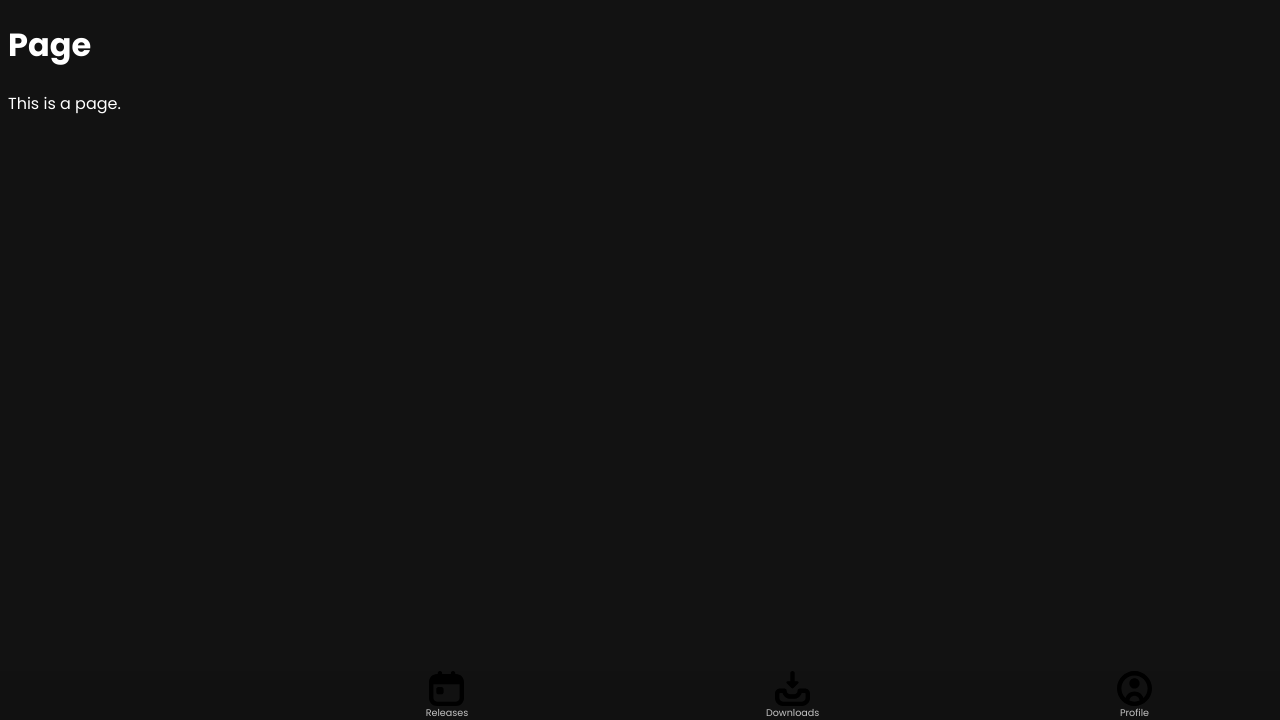
Repository: NubbDev/anime-frontend
Page: /
An editor plug-in stored every save of this project. The page is shown before and after the next save, followed by the edit.
The browser window is 1280 px wide. The pictures show the whole page.
Pictures or frames that could not be fetched are drawn as grey boxes. The project was rebuilt for these pictures with package versions that can differ from the ones it lists, and the page was loaded fresh each time. The framework's server and built-in components were replaced by stand-ins that run in the browser. Also part of the build but not shown: svelte.config.js, vite.config.js.

Above is the page before, as saved 2024-08-08 02:01:25.
Console error: TypeError: import_house_blank_filled.default is not a constructor

After the next save:
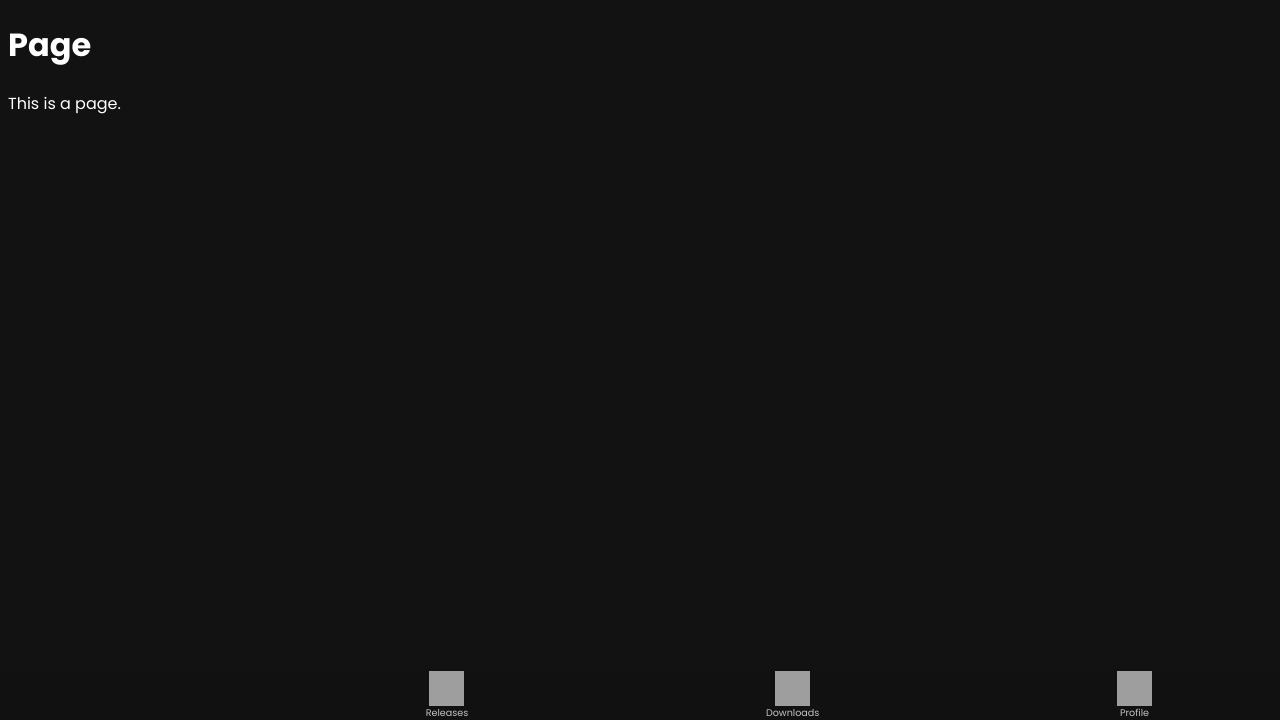
Console error: TypeError: house_blank_filled_default is not a constructor
Saved 2 min 15 s later.
--- a/src/components/navigation/NavBar.svelte
+++ b/src/components/navigation/NavBar.svelte
@@ -1,15 +1,16 @@
 <script lang="ts">
-    import FilledHouse from '$lib/assets/icons/house-blank-filled.svg';
-    import LinedHouse from '$lib/assets/icons/house-blank.svg';
-    import FilledCalendar from '$lib/assets/icons/calendar-solid.svg';
-    import LinedCalendar from '$lib/assets/icons/calendar-thin.svg';
-    import FilledDownload from '$lib/assets/icons/inbox-in-filled.svg';
-    import LinedDownload from '$lib/assets/icons/inbox-in.svg';
-    import FilledProfile from '$lib/assets/icons/circle-user-filled.svg';
-    import LineProfile from '$lib/assets/icons/circle-user.svg';
-  import { onMount } from 'svelte';
+    import FilledHouse from '$lib/assets/icons/house-blank-filled.svg?component';
+    import LinedHouse from '$lib/assets/icons/house-blank.svg?component';
+    import FilledCalendar from '$lib/assets/icons/calendar-solid.svg?component';
+    import LinedCalendar from '$lib/assets/icons/calendar-thin.svg?component';
+    import FilledDownload from '$lib/assets/icons/inbox-in-filled.svg?component';
+    import LinedDownload from '$lib/assets/icons/inbox-in.svg?component';
+    import FilledProfile from '$lib/assets/icons/circle-user-filled.svg?component';
+    import LineProfile from '$lib/assets/icons/circle-user.svg?component';
+  import { onMount, SvelteComponent, type ComponentType } from 'svelte';
+  import type { SVGAttributes } from 'svelte/elements';
     // assets/icons/house-blank.svg
-    const navOptions: { name: string, href: string, selected: string, unSelected: string }[] = [
+    const navOptions: { name: string, href: string, selected: ComponentType<SvelteComponent<SVGAttributes<SVGSVGElement>, any, any>>, unSelected: string }[] = [
         {
             name: 'Home',
             href: '/',
